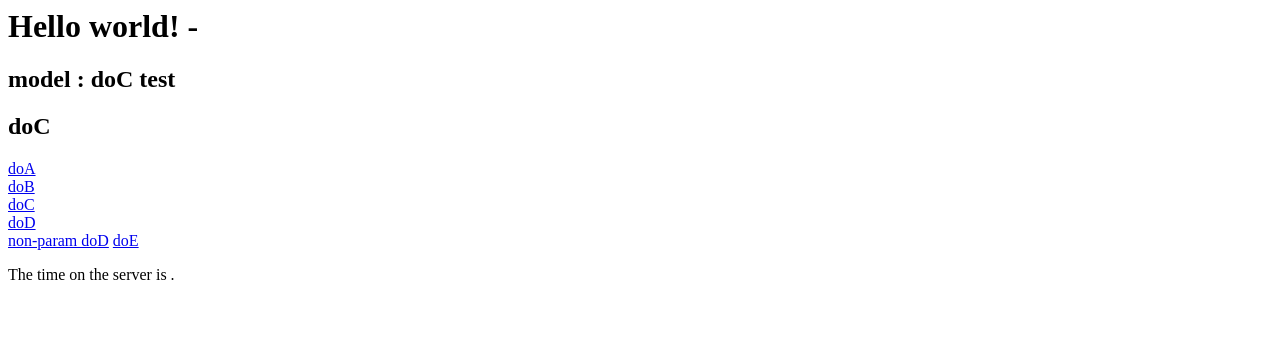
Repository: m1njunK/workspace-spring
Page: http://localhost/mvc_part01_controller/doC
These files come from the project's save history. The page is drawn as it stood at one moment and after the next save; the edit follows.
The browser window is 1280 px wide. The pictures show the whole page.
The page is served by Tomcat 9. The template is opened directly, without the code that normally fills it, so the values that code supplies are empty.

Above is the page before, as saved 2023-07-24 06:30:44.

After the next save:
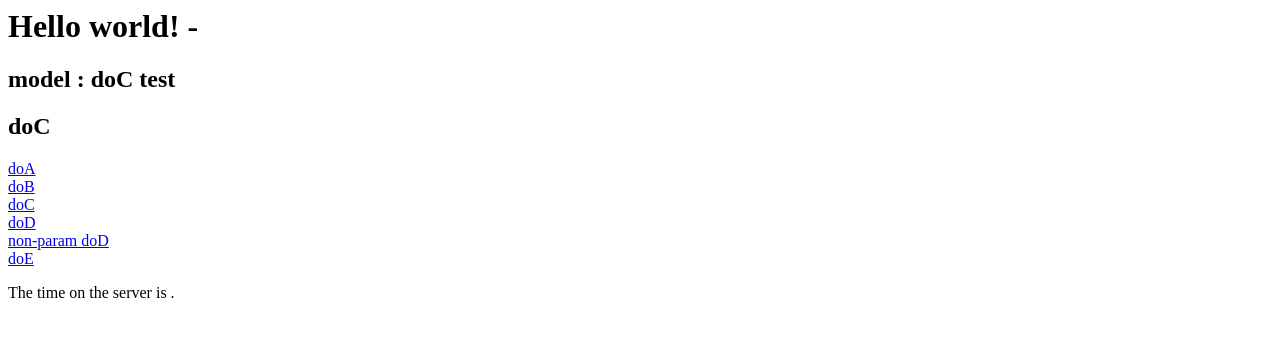
Saved 16 s later.
--- a/mvc_part01_controller/src/main/webapp/WEB-INF/views/home.jsp
+++ b/mvc_part01_controller/src/main/webapp/WEB-INF/views/home.jsp
@@ -18,7 +18,7 @@
 <a href="doB">doB</a> <br/>
 <a href="doC">doC</a> <br/>
 <a href="doD?msg=helloSpring">doD</a> <br/>
-<a href="doD">non-param doD</a>
+<a href="doD">non-param doD</a> <br/>
 <a href="doE">doE</a>
 <P>  The time on the server is ${serverTime}. </P>
 </body>
